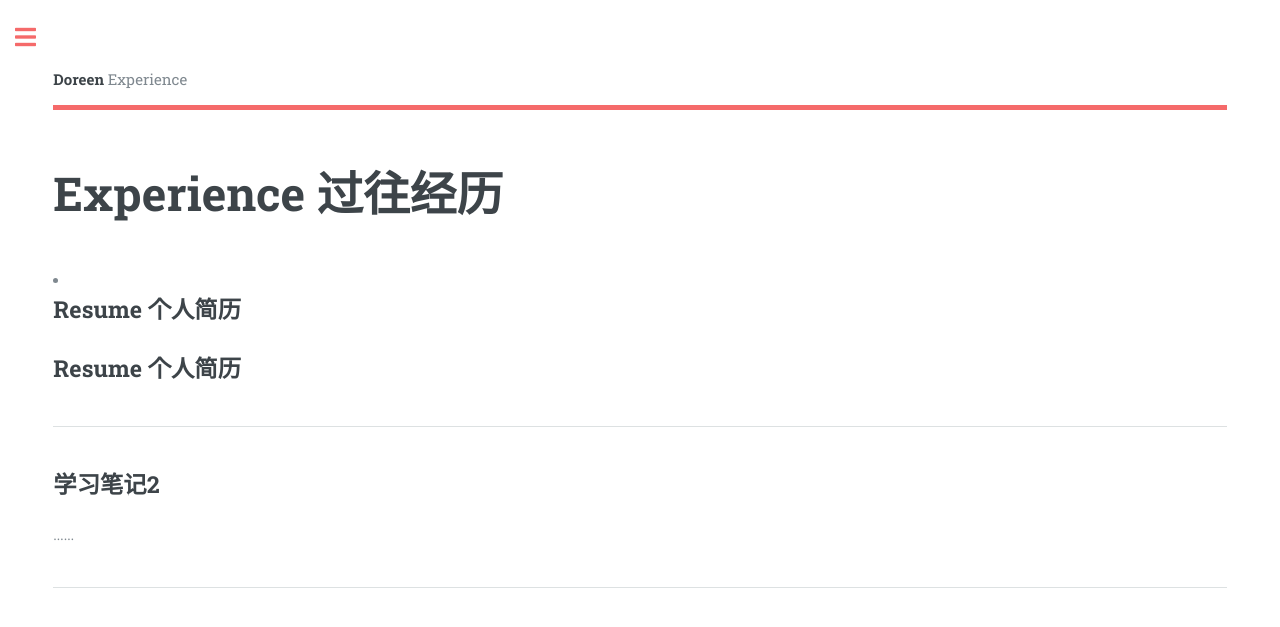
Repository: Hpz3859/Hpz3859.github.io
Page: experience.html
The author's editor kept a copy of each file at every save. The page is drawn from the files as they stood at one save, then again after the next save.
The browser window is 1280 px wide. The pictures show the whole page.

Above is the page before, as saved 2025-03-19 14:31:06.

### experience.html
<!DOCTYPE HTML>
<!--
	Editorial by HTML5 UP
	html5up.net | @ajlkn
	Free for personal and commercial use under the CCA 3.0 license (html5up.net/license)
-->
<html>
	<head>
		<title>Doreen Experience</title>
		<meta charset="utf-8" />
		<meta name="viewport" content="width=device-width, initial-scale=1, user-scalable=no" />
		<link rel="stylesheet" href="assets/css/main.css" />
	</head>
	<body class="is-preload">

		<!-- Wrapper -->
			<div id="wrapper">

				<!-- Main -->
					<div id="main">
						<div class="inner">

							<!-- Header -->
								<header id="header">
									<a href="experience.html" class="logo"><strong>Doreen</strong>  Experience</a>
									<!--
									<ul class="icons">
										<li><a href="#" class="icon brands fa-twitter"><span class="label">Twitter</span></a></li>
										<li><a href="#" class="icon brands fa-facebook-f"><span class="label">Facebook</span></a></li>
										<li><a href="#" class="icon brands fa-snapchat-ghost"><span class="label">Snapchat</span></a></li>
										<li><a href="#" class="icon brands fa-instagram"><span class="label">Instagram</span></a></li>
										<li><a href="#" class="icon brands fa-medium-m"><span class="label">Medium</span></a></li>
									</ul>
									-->
								</header>

							<!-- Content -->
								<section>
									<header class="main">
										<h1>Experience 过往经历</h1>
									</header>
										<!-- Content -->
										<div class="content">
											<li><h2><a href="resume.html" class="logo">Resume 个人简历</a></h2></li>
											<h2><a href="resume.html" class="logo">Resume 个人简历</a></h2>
											<p></p>
										</div>
										<hr class="major" />

										<div class="content">
											<h2><a href="#" class="logo">学习笔记2</a></h2>
											<p>……</p>
										</div>
										<hr class="major" />


								</section>

						</div>
					</div>

				<!-- Sidebar -->
					<div id="sidebar">
						<div class="inner">

							<!-- Search -->
								<section id="search" class="alt">
									<form method="post" action="#">
										<input type="text" name="query" id="query" placeholder="Search" />
									</form>
								</section>

							<!-- Menu -->
								<nav id="menu">
									<header class="major">
										<h2>目录</h2>
									</header>
									<ul>
										<li><a href="index.html">主页</a></li>
										<li>
											<span class="opener">过往经历</span>
											<ul>
												<li><a href="resume.html">个人简历</a></li>
												<li><a href="#">项目笔记</a></li>
												<li><a href="mysql.html">MySQL学习笔记</a></li>
											</ul>
										</li>
									</ul>
								</nav>


							<!-- Section -->
								<section>
									<header class="major">
										<h2>联系我</h2>
									</header>
									<p> </p>
									<ul class="contact">
										<li class="icon solid fa-envelope"><a href="#">h18286003859@163.com</a></li>
										<li class="icon solid fa-phone">(+86)13001993255</li>
										<!-- 地址
										<li class="icon solid fa-home"></li>
										-->
									</ul>
								</section>

							<!-- Footer -->
							 <!--
								<footer id="footer">
									<p class="copyright">&copy; Untitled. All rights reserved. Demo Images: <a href="https://unsplash.com">Unsplash</a>. Design: <a href="https://html5up.net">HTML5 UP</a>.</p>
								</footer>
							-->

						</div>
					</div>

			</div>

		<!-- Scripts -->
			<script src="assets/js/jquery.min.js"></script>
			<script src="assets/js/browser.min.js"></script>
			<script src="assets/js/breakpoints.min.js"></script>
			<script src="assets/js/util.js"></script>
			<script src="assets/js/main.js"></script>

	</body>
</html>

Loaded but not shown: assets/js/jquery.min.js (library); assets/js/browser.min.js (common file); assets/js/breakpoints.min.js (common file); assets/css/fontawesome-all.min.css (library); assets/js/util.js (587 lines, source omitted); assets/js/main.js (262 lines, source omitted); assets/css/main.css (2273 lines, source omitted)

After the next save:
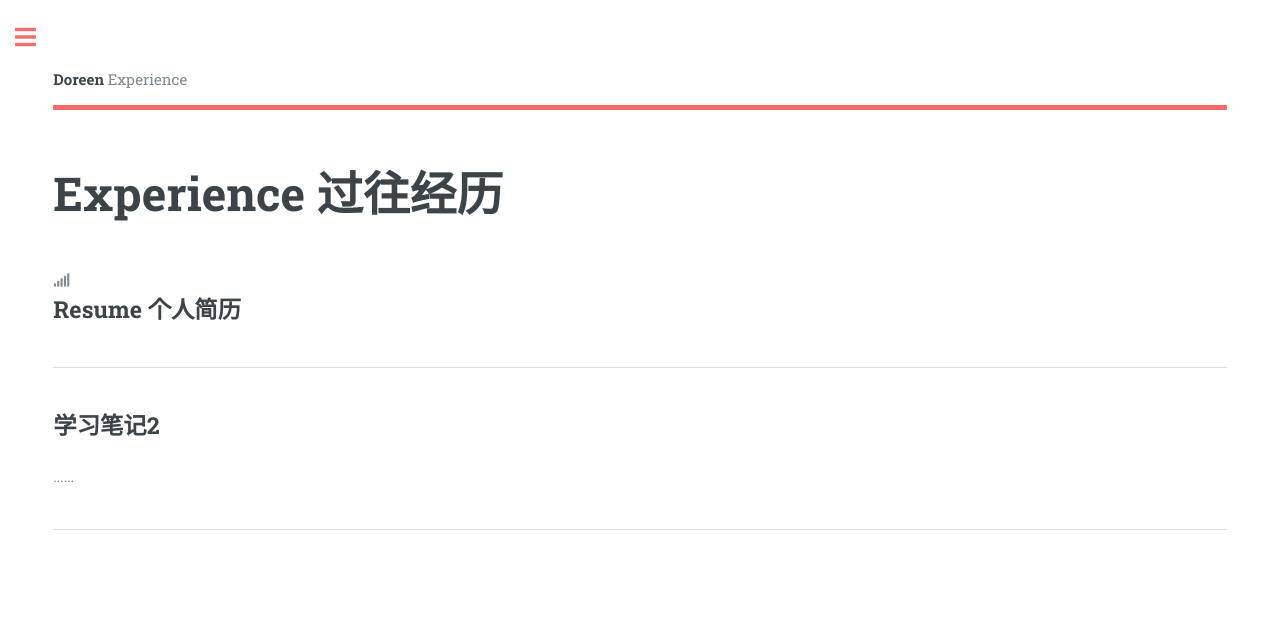
Saved 6 min 16 s later.
--- a/experience.html
+++ b/experience.html
@@ -41,9 +41,10 @@
 									</header>
 										<!-- Content -->
 										<div class="content">
-											<li><h2><a href="resume.html" class="logo">Resume 个人简历</a></h2></li>
-											<h2><a href="resume.html" class="logo">Resume 个人简历</a></h2>
-											<p></p>
+											<span class="icon solid fa-signal">
+												<h2><a href="resume.html" class="logo">Resume 个人简历</a></h2>
+											</span>
+
 										</div>
 										<hr class="major" />
 
